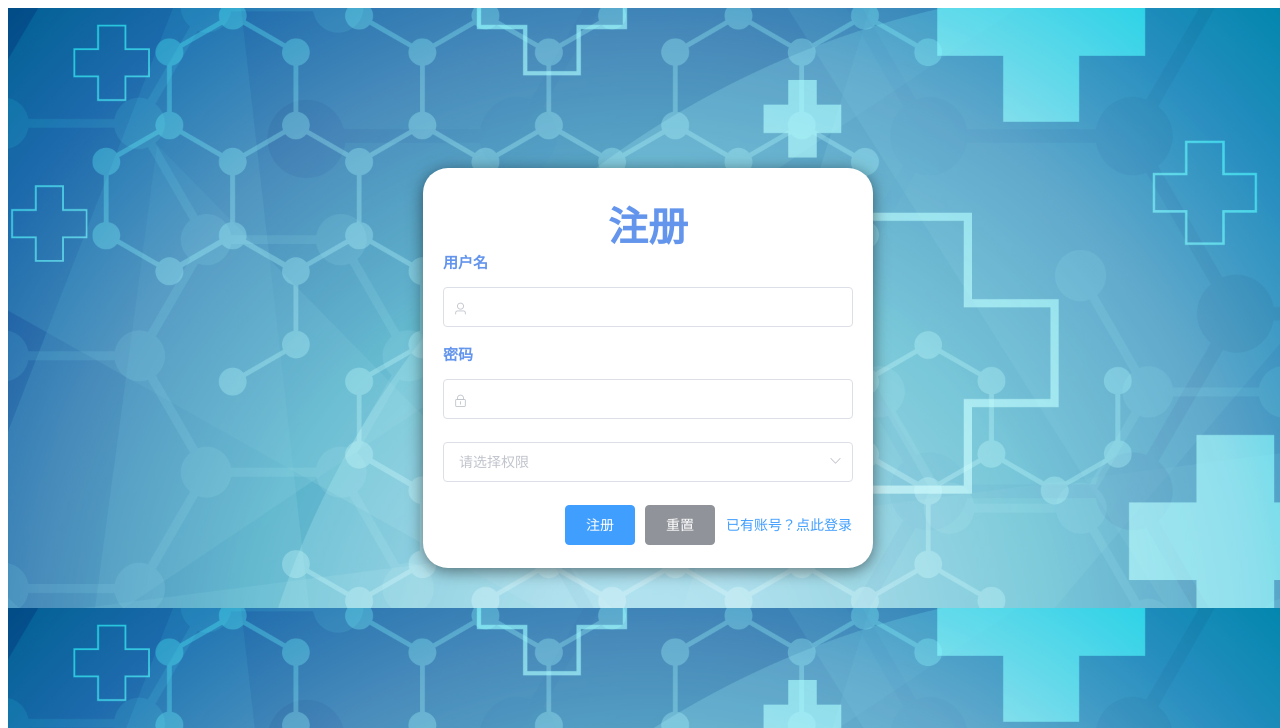
Repository: ShaoCHis/WEB-SOA-frontEnd
Page: /#/register
These files come from the project's save history. The page is drawn as it stood at one moment and after the next save; the edit follows.
The browser window is 1280 px wide. The pictures show the whole page.
The project was rebuilt for these pictures with package versions that can differ from the ones it lists, and the page was loaded fresh each time. Also part of the build but not shown: src/components/Login.vue, src/components/test.vue, src/components/test2.vue, src/components/Admin/ManagePage.vue, src/components/Hospital/HMainPage.vue, src/components/Patient/MainPage.vue.

Above is the page before, as saved 2021-11-16 18:54:56.

### src/main.js
import Vue from 'vue'
import App from './App.vue'
import router from './router'
import axios from 'axios'//axios
import './plugins/element.js'
import './assets/icon/iconfont.css'
Vue.config.productionTip = false
Vue.prototype.$axios = axios//axios

new Vue({
  router,
  render: h => h(App),
  template: '<App/>'
}).$mount('#app')



//import ElementUI from 'element-ui' //element-ui的全部组件
//import 'element-ui/lib/theme-chalk/index.css'//element-ui的css
//Vue.use(ElementUI) //使用elementUI

/* eslint-disable no-new */
// new Vue({
//   el: '#app',
//   router,
//   components: { App },
//   template: '<App/>'
// })

### src/App.vue
<template>
  <div id="app">
      <router-view v-if="isRouterAlive" />
  </div>
</template>

<script>


export default {
  name:"app",
  provide(){
		return{
			reload:this.reload
		}
	},
data(){
		return{
			isRouterAlive:true
		}
	},
	methods: {
		reload() {
			this.isRouterAlive=false
			this.$nextTick(function(){
				this.isRouterAlive=true
			})
		}
  }
};
</script>

<style>
html,body,#app{

 height: 100%;

}
</style>

### src/router/index.js
import Vue from 'vue'
import Router from 'vue-router'
// import Login from '@/components/Login'
// import Result from '@/components/Result'
import Login from '../components/Login.vue'
import test from '../components/test.vue'
import test2 from '../components/test2.vue'
import Register from '../components/Register.vue'
import ManagePage from '../components/Admin/ManagePage.vue'
import HMainPage from '../components/Hospital/HMainPage.vue'
import MainPage from '../components/Patient/MainPage.vue'

Vue.use(Router)

export default new Router({
  routes: [
    { path: '/', component: Login},
    { path: '/login', component: Login},
    { path: '/register', component: Register},
    { path: '/managepage', component: ManagePage},
    { path: '/hmainpage', component: HMainPage},
    { path: '/mainpage', component: MainPage},
    { path: '/test', component: test},
    { path: '/test2', component: test2},
  ]
})

### src/plugins/element.js
import Vue from 'vue'
import 'element-ui/lib/theme-chalk/index.css'
import {
  Avatar,
  Pagination,
  Dialog,
  Autocomplete,
  Dropdown,
  DropdownMenu,
  DropdownItem,
  Menu,
  Submenu,
  MenuItem,
  MenuItemGroup,
  Input,
  InputNumber,
  Radio,
  RadioGroup,
  RadioButton,
  Checkbox,
  CheckboxButton,
  CheckboxGroup,
  Switch,
  Select,
  Option,
  OptionGroup,
  Button,
  ButtonGroup,
  Table,
  Divider,
  TableColumn,
  DatePicker,
  TimeSelect,
  TimePicker,
  Popover,
  Tooltip,
  Breadcrumb,
  BreadcrumbItem,
  Form,
  FormItem,
  Tabs,
  TabPane,
  Tag,
  Tree,
  Alert,
  Slider,
  Icon,
  Row,
  Col,
  Upload,
  Progress,
  Spinner,
  Badge,
  Card,
  Rate,
  Steps,
  Step,
  Carousel,
  CarouselItem,
  Collapse,
  CollapseItem,
  Cascader,
  ColorPicker,
  Transfer,
  Container,
  Header,
  Aside,
  Main,
  Footer,
  Timeline,
  TimelineItem,
  Link,
  Image,
  Calendar,
  Backtop,
  PageHeader,
  CascaderPanel,
  Loading,
  MessageBox,
  Message,
  Notification,
  Popconfirm
} from 'element-ui';
Vue.use(Avatar);
Vue.use(Pagination);
Vue.use(Dialog);
Vue.use(Autocomplete);
Vue.use(Dropdown);
Vue.use(DropdownMenu);
Vue.use(DropdownItem);
Vue.use(Menu);
Vue.use(Submenu);
Vue.use(MenuItem);
Vue.use(MenuItemGroup);
Vue.use(Input);
Vue.use(InputNumber);
Vue.use(Radio);
Vue.use(RadioGroup);
Vue.use(RadioButton);
Vue.use(Checkbox);
Vue.use(CheckboxButton);
Vue.use(CheckboxGroup);
Vue.use(Switch);
Vue.use(Select);
Vue.use(Option);
Vue.use(OptionGroup);
Vue.use(Button);
Vue.use(ButtonGroup);
Vue.use(Table);
Vue.use(Divider);
Vue.use(TableColumn);
Vue.use(DatePicker);
Vue.use(TimeSelect);
Vue.use(TimePicker);
Vue.use(Popover);
Vue.use(Popconfirm);
Vue.use(Tooltip);
Vue.use(Breadcrumb);
Vue.use(BreadcrumbItem);
Vue.use(Form);
Vue.use(FormItem);
Vue.use(Tabs);
Vue.use(TabPane);
Vue.use(Tag);
Vue.use(Tree);
Vue.use(Alert);
Vue.use(Slider);
Vue.use(Icon);
Vue.use(Row);
Vue.use(Col);
Vue.use(Upload);
Vue.use(Progress);
Vue.use(Spinner);
Vue.use(Badge);
Vue.use(Card);
Vue.use(Rate);
Vue.use(Steps);
Vue.use(Step);
Vue.use(Carousel);
Vue.use(CarouselItem);
Vue.use(Collapse);
Vue.use(CollapseItem);
Vue.use(Cascader);
Vue.use(ColorPicker);
Vue.use(Transfer);
Vue.use(Container);
Vue.use(Header);
Vue.use(Aside);
Vue.use(Main);
Vue.use(Footer);
Vue.use(Timeline);
Vue.use(TimelineItem);
Vue.use(Link);
Vue.use(Divider);
Vue.use(Image);
Vue.use(Calendar);
Vue.use(Backtop);
Vue.use(PageHeader);
Vue.use(CascaderPanel);

Vue.use(Loading.directive);

Vue.prototype.$loading = Loading.service;
Vue.prototype.$msgbox = MessageBox;
Vue.prototype.$alert = MessageBox.alert;
Vue.prototype.$confirm = MessageBox.confirm;
Vue.prototype.$prompt = MessageBox.prompt;
Vue.prototype.$notify = Notification;
Vue.prototype.$message = Message;

### src/assets/icon/iconfont.css
@font-face {
  font-family: "iconfont"; /* Project id 2933034 */
  src: url('iconfont.woff2?t=1636685974259') format('woff2'),
       url('iconfont.woff?t=1636685974259') format('woff'),
       url('iconfont.ttf?t=1636685974259') format('truetype');
}

.iconfont {
  font-family: "iconfont" !important;
  font-size: 16px;
  font-style: normal;
  -webkit-font-smoothing: antialiased;
  -moz-osx-font-smoothing: grayscale;
}

.icon-xiaozu:before {
  content: "\e69a";
  font-size: 18px;
  margin-right: 3px;
  margin-top:2px;
}

### src/components/Register.vue
<template>
<div>
    <div class="register_container" >
        <div class="register_box">
            <div class="tip">
             <h1>注册</h1>
            </div>
            <!-- 头像区域 -->
            <!-- <div class="avatar_box">
               <img src="../assets/back.jpg" alt="">
            </div> -->
            <!-- 登录表单 -->
            <el-form ref="registerFormRef" :model="registerForm" :rules="registerFormRules" label-width="0px" class="register_form">
                <!-- 用户名 -->
                <div class="item-name">
                        <p>用户名</p>
                    </div>
                <el-form-item prop="userid" class="item-props">
                     <el-input v-model="registerForm.userid" prefix-icon="el-icon-user"></el-input>
                </el-form-item>
                <!-- 密码 -->
                <div class="item-name">
                        <p>密码</p>
                    </div>
                <el-form-item prop="password">
                     <el-input v-model="registerForm.password" prefix-icon="el-icon-lock"
                     type="password"></el-input>
                </el-form-item>
                <!-- 身份 -->
                <el-form-item prop="role"  >
                   <el-select v-model="registerForm.role" @change="searchSelect(registerForm.role)" placeholder="请选择权限"  style="width:100%" prefix>
                      <el-option v-for="item in options"
                       :key="item.role"
                       :label="item.label"
                       :value="item.role">
                       </el-option>
                  </el-select>
                </el-form-item>

                <!-- 按钮区域 -->
                <el-form-item class="btns">
                     <el-button type="primary" @click="register">注册</el-button>
                     <el-button type="info" @click="resetregisterForm">重置</el-button>
                     <el-button type="text" @click="login">已有账号？点此登录</el-button>
                </el-form-item>
            </el-form>

        </div>
    </div>
</div>
</template>

<script>
export default {

    data(){
        return{

           registerForm:{
                userid:'',
                password:'',
                role:'',
            },
            options: [
                {label:"学生",role:'Student'},
                     { label:"教师" ,role:"Teacher"},
                     {label:"管理员", role:"Admin"}],


            registerFormRules:{
                userid:[{required: true, message: '请输入登录账号', trigger: "blur" },
                { min: 4, max: 10, message: '长度在 5 到 10 个字符', trigger: "blur"}
                ],
                password:[{required: true, message: '请输入登录密码', trigger: "blur" },
                { min: 3, max: 15, message: '长度在 5 到 15 个字符', trigger: "blur"}]
            },
            searchSelect(val){
                console.log(val)
                this.value = val
                console.log(this.registerForm)
            },

        };

  },
  methods:{
      //重置按钮
      resetRegisterForm(){
         // console.log(this)
          this.$refs.registerFormRef.resetFields();
      },
      register(){
        //  if(this.value=="Student") this.$router.push('/mainpage');
        //  if(this.value=="Teacher") this.$router.push('/tmainpage');
        //  if(this.value=="Admin") this.$router.push('/managepage');
      },
      login(){
          this.$router.push('/login');
      },
  }

};

</script>

<style lang="less" scoped>
.tip{
          color: cornflowerblue;
          font-size: 20px;
          font-weight: bold;
          text-align: center;
          margin-bottom: 30px;
}

.register_container{
    background-color: #5c2c948c;
    background-image:url('../assets/back.jpeg');
    background-size: 100%,100%;
    height: 100%;
    width: 100%;
    position: fixed;
}

.register_box{
    width:450px;
    // height:340px;
    height:400px;
    background-color: #fff;
    border-radius: 25px;
    position:absolute;
    left:50%;
    top:50%;
    transform: translate(-50%,-50%);
    box-shadow: 0 3px 16px rgba(0, 0, 0, 0.5);
    .avatar_box{
        height:110px;
        width:110px;
        border:1px solid #eee;
        border-radius:50%;
        padding:5px;
        box-shadow:0 0 2px #ddd;
        position: absolute;
        left: 50%;
        transform: translate(-50%,-50%);
        background-color: #fff;
        img{
            width:100%;
            height:100%;
            border-radius: 50%;
            background-color: #eee;
        }
    }
}
.register_form{
    position:absolute;
    bottom:0;
    width: 100%;
    padding:0 20px;
    box-sizing: border-box;

}

.item-props{
   margin-bottom: 0 ;
}

.item-name{
    color: cornflowerblue;
    font-size: 15px;
    font-weight: bold;
    //text-align: center;
    // padding:10 ;
    top: auto;
    //margin-bottom: 30px;
}

.btns{
   display:flex;
   justify-content: flex-end;
}


</style>

Loaded but not shown: public/index.html (common file)

After the next save:
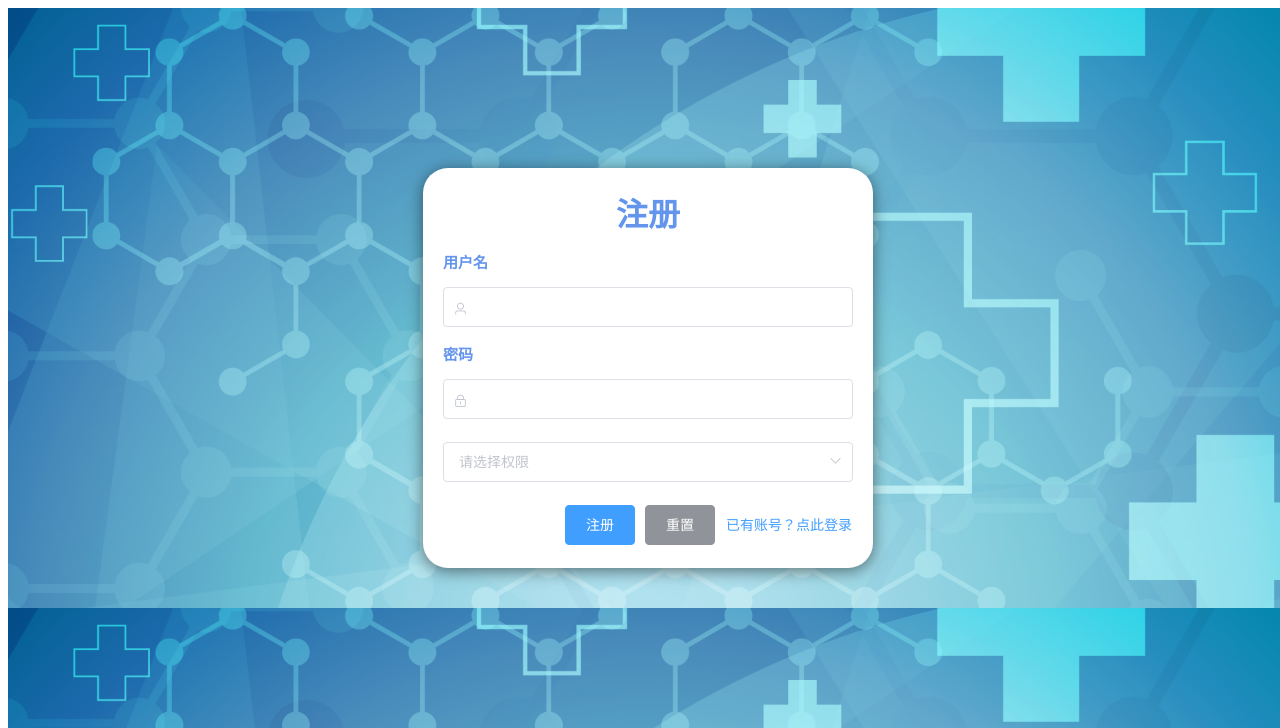
Saved 2 h 20 min later.
--- a/src/components/Register.vue
+++ b/src/components/Register.vue
@@ -106,7 +106,7 @@
 <style lang="less" scoped>
 .tip{
           color: cornflowerblue;
-          font-size: 20px;
+          font-size: 16px;
           font-weight: bold;
           text-align: center;
           margin-bottom: 30px;

After the 5 saves that followed:
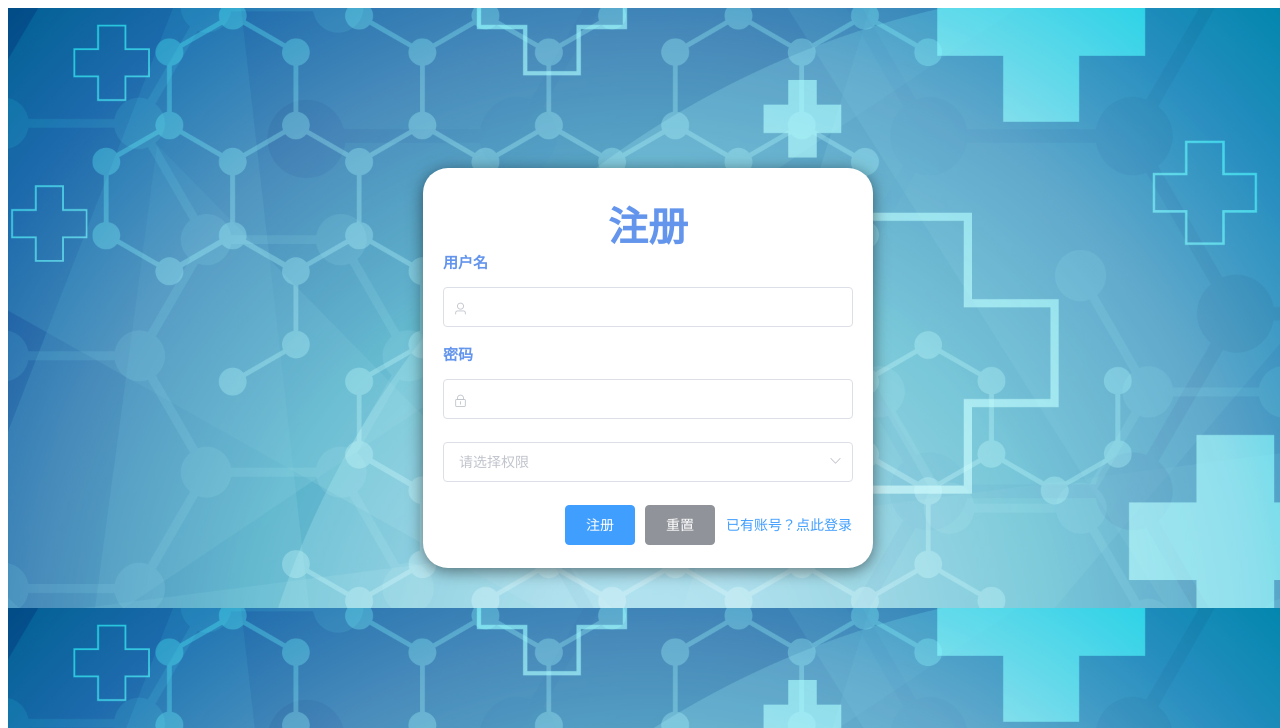
The 5 saves are shown as one change because 3 left the picture as it was and some came seconds apart.
The last was saved 55 s later.
--- a/src/components/Register.vue
+++ b/src/components/Register.vue
@@ -106,7 +106,7 @@
 <style lang="less" scoped>
 .tip{
           color: cornflowerblue;
-          font-size: 16px;
+          font-size: 20px;
           font-weight: bold;
           text-align: center;
           margin-bottom: 30px;
